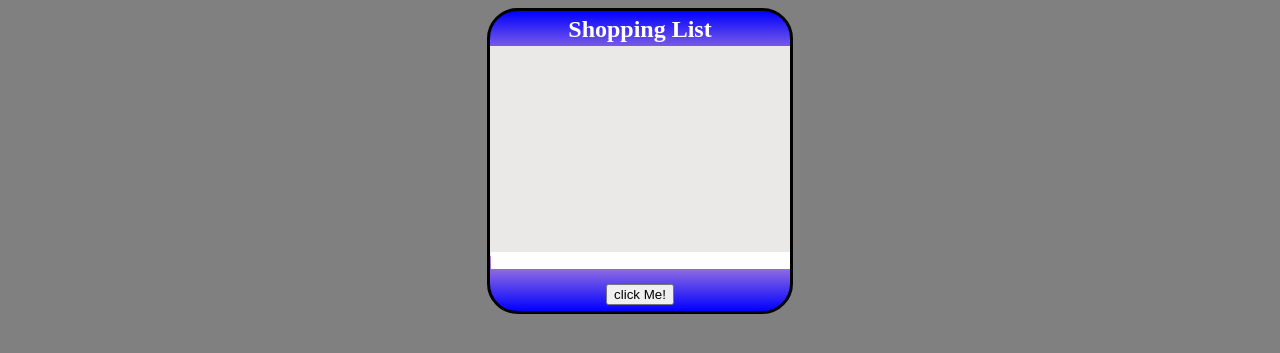
Repository: DevMinwoo-Jung/JavaScript101
Page: WebApIs/shoppingApp/index.html
These files come from the project's save history. The page is drawn as it stood at one moment and after the next save; the edit follows.
The browser window is 1280 px wide. The pictures show the whole page.

Above is the page before, as saved 2021-06-14 13:18:03.

After the next save:
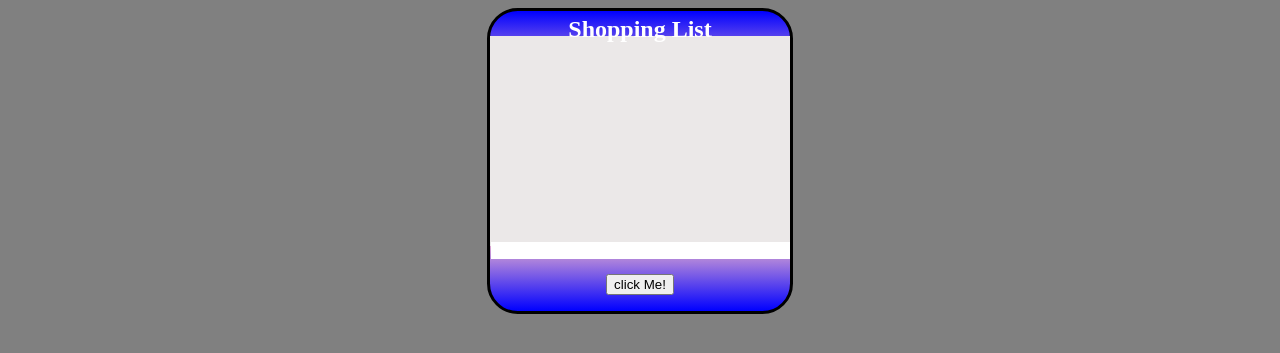
Saved 60 s later.
--- a/WebApIs/shoppingApp/style.css
+++ b/WebApIs/shoppingApp/style.css
@@ -32,7 +32,6 @@
   height: 210px;
   background-color: var(--background-color);
   overflow-y: scroll;
-  margin-top: 10px;
   margin-bottom: -5px;
 }
 

After the save that followed:
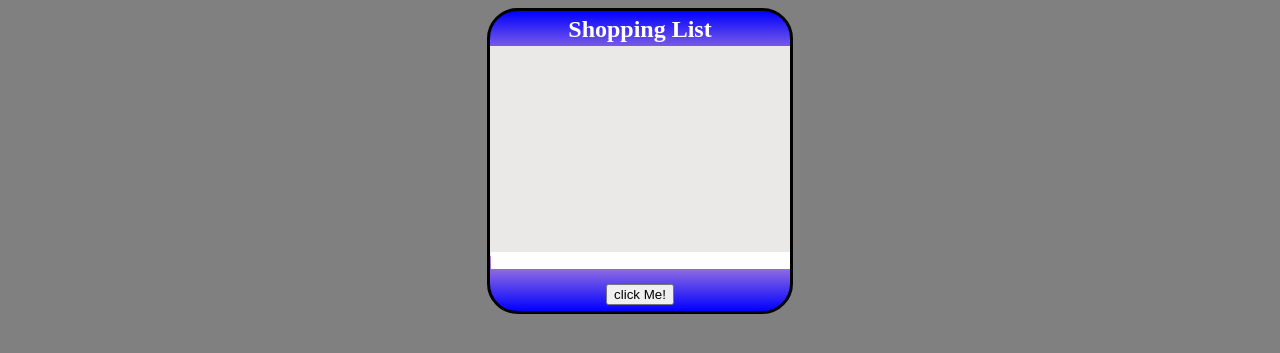
Saved 19 s later.
--- a/WebApIs/shoppingApp/style.css
+++ b/WebApIs/shoppingApp/style.css
@@ -32,13 +32,13 @@
   height: 210px;
   background-color: var(--background-color);
   overflow-y: scroll;
+  margin-top: 10px;
   margin-bottom: -5px;
 }
 
 .item__list p {
   text-align: left;
   padding-left: 10px;
-  padding-top: 10px;
   font-size: 15px;
   margin-bottom: 5px;
 }
